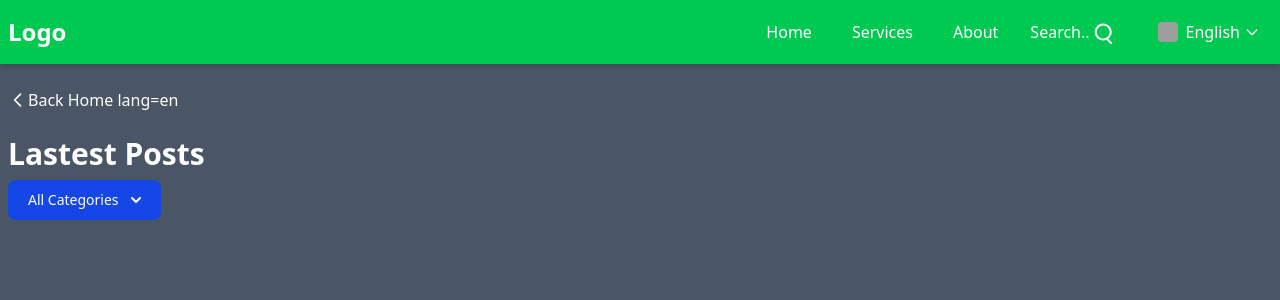
Repository: saroeuntola/we-share
Page: http://localhost/last-post
These files come from the project's save history. The page is drawn as it stood at one moment and after the next save; the edit follows.
The browser window is 1280 px wide. The pictures show the whole page.
Pictures or frames that could not be fetched are drawn as grey boxes. The page is run by PHP 8.4 with error messages shown; the project is at /var/www/html/. Style sheets and scripts are compiled from the project's sources, by tool versions that may differ from the author's. Queries for data that is not in the repository find no rows.

Above is the page before, as saved 2025-08-28 19:47:26.

After the next save:
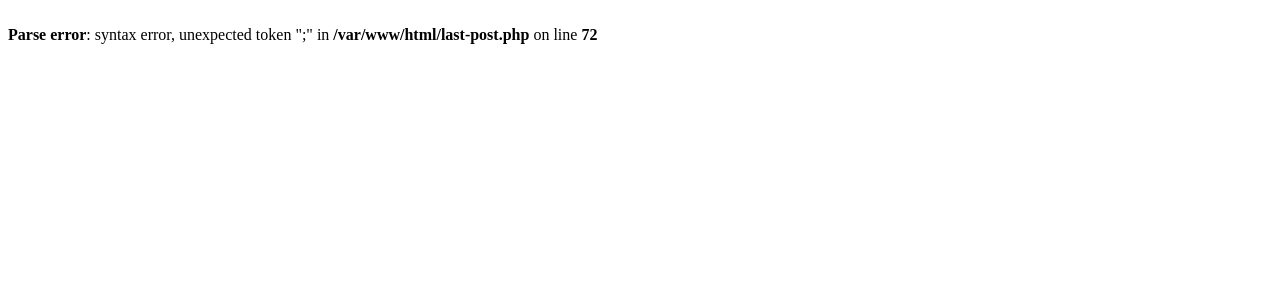
Saved 5 s later.
--- a/last-post.php
+++ b/last-post.php
@@ -69,7 +69,7 @@ usort($allPosts, fn($a, $b) => strtotime($b['created_at']) - strtotime($a['creat
                     <path stroke-linecap="round" stroke-linejoin="round" d="M15 19l-7-7 7-7" />
                 </svg>
                 Back Home
-                lang=<?= $lang ?>
+                <?= $lang = ?>
             </a>
             <h1 class="lg:text-3xl text-2xl font-bold text-white">Lastest Posts</h1>
 
